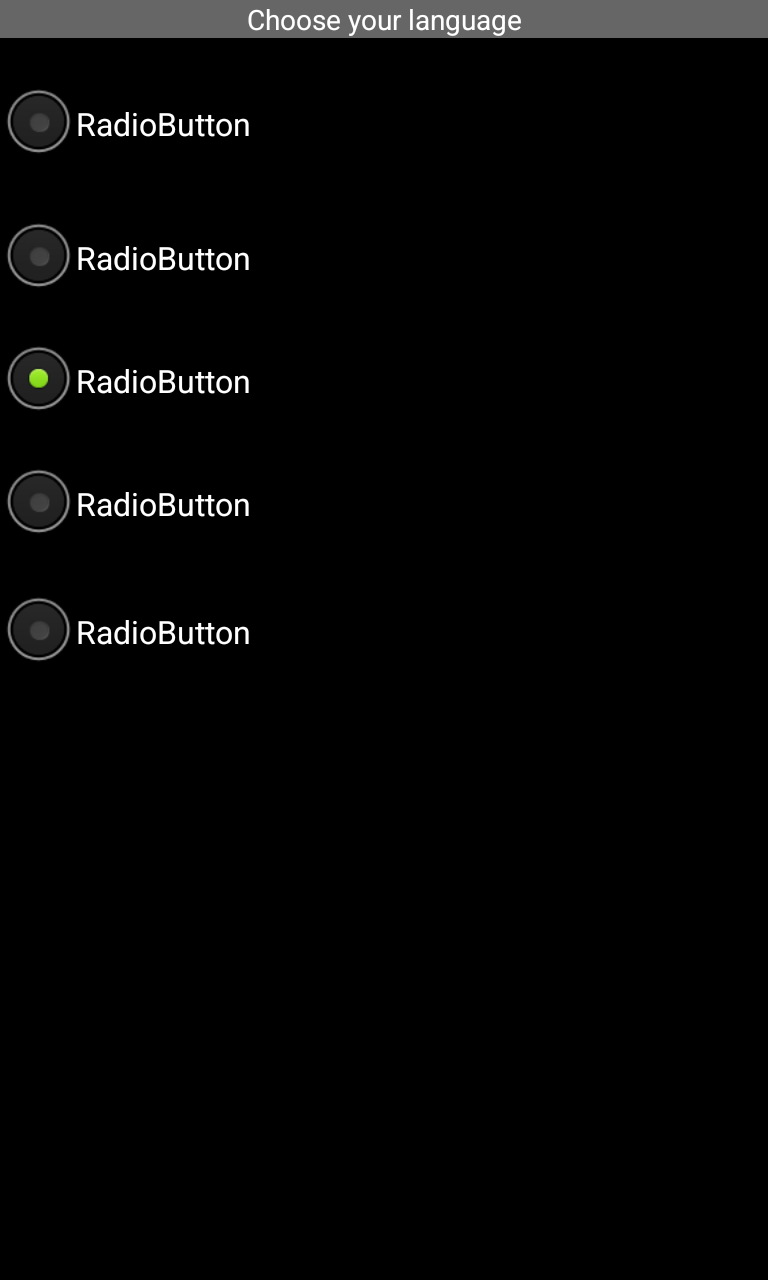
Repository: androportal/APL-apk
Layout: test/chooselanguage/res/layout/main.xml
These files come from the project's save history. The layout is drawn as it stood at one moment and after the next save; the edit follows.
It is drawn on a 768 x 1280 px phone screen (xhdpi) without system bars, with theme android:Theme; the app's code is not run.

Above is the layout before, as saved 2012-05-18 13:37:24.

### test/chooselanguage/res/layout/main.xml
<?xml version="1.0" encoding="utf-8"?>
<LinearLayout xmlns:android="http://schemas.android.com/apk/res/android"
    android:layout_width="fill_parent"
    android:layout_height="wrap_content"
    android:orientation="vertical" >

    <TextView
        android:layout_width="fill_parent"
        android:layout_height="wrap_content"
        android:layout_gravity="center"
        android:background="#666666"
        android:gravity="center"
        android:text="@string/app_name"
        android:textColor="#ffffff" />

    <RadioGroup
        android:id="@+id/radioGroup1"
        android:layout_width="wrap_content"
        android:layout_height="match_parent" >

        <RadioButton
            android:id="@+id/radio0"
            android:layout_width="wrap_content"
            android:layout_height="86dp"
            android:checked="true"
            android:text="RadioButton" />

        <RadioButton
            android:id="@+id/RadioButton02"
            android:layout_width="wrap_content"
            android:layout_height="wrap_content"
            android:checked="true"
            android:text="RadioButton" />

        <RadioButton
            android:id="@+id/RadioButton01"
            android:layout_width="wrap_content"
            android:layout_height="75dp"
            android:checked="true"
            android:text="RadioButton" />

        <RadioButton
            android:id="@+id/radio1"
            android:layout_width="wrap_content"
            android:layout_height="wrap_content"
            android:text="RadioButton" />

        <RadioButton
            android:id="@+id/radio2"
            android:layout_width="match_parent"
            android:layout_height="80dp"
            android:text="RadioButton" />
    </RadioGroup>

</LinearLayout>

### test/chooselanguage/res/values/strings.xml
<?xml version="1.0" encoding="utf-8"?>
<resources>


    <string name="app_name">Choose your language</string>
    <string name="open_c">C</string>
    <string name="open_scilab">w3scilab</string>
    <string name="open_cplusplus">C++</string>
    <string name="open_python">Python</string>
    <string name="open_java">Java</string>

</resources>

After the next save:
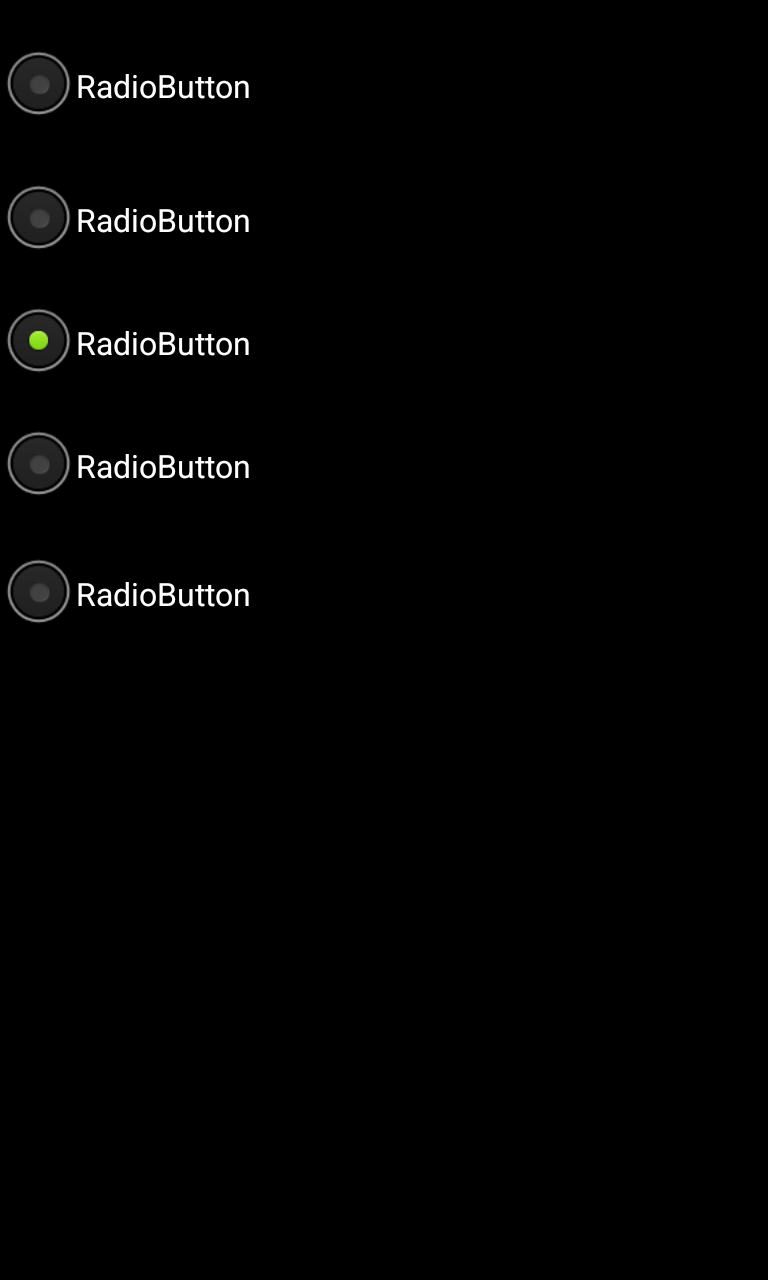
Saved 41 s later.
--- a/test/chooselanguage/res/layout/main.xml
+++ b/test/chooselanguage/res/layout/main.xml
@@ -3,15 +3,6 @@
     android:layout_width="fill_parent"
     android:layout_height="wrap_content"
     android:orientation="vertical" >
-
-    <TextView
-        android:layout_width="fill_parent"
-        android:layout_height="wrap_content"
-        android:layout_gravity="center"
-        android:background="#666666"
-        android:gravity="center"
-        android:text="@string/app_name"
-        android:textColor="#ffffff" />
 
     <RadioGroup
         android:id="@+id/radioGroup1"
